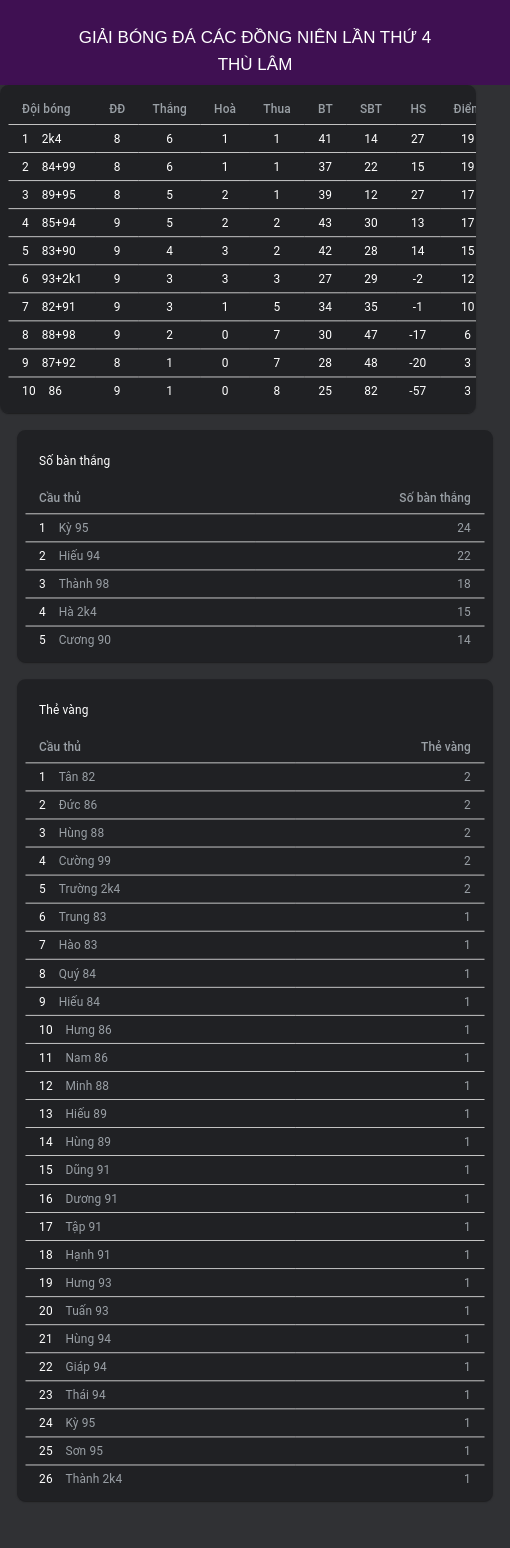
Repository: tuan842001/thulam
Page: /
The author's editor kept a copy of each file at every save. The page is drawn from the files as they stood at one save, then again after the next save.
The browser window is 375 px wide. The page is 600 px wide, so the pictures cover 600 px, including what lies to the right of the window. The pictures show the whole page, at 85% of full size.
The project was rebuilt for these pictures with package versions that can differ from the ones it lists, and the page was loaded fresh each time.

Above is the page before, as saved 2022-01-11 16:09:59.

After the next save:
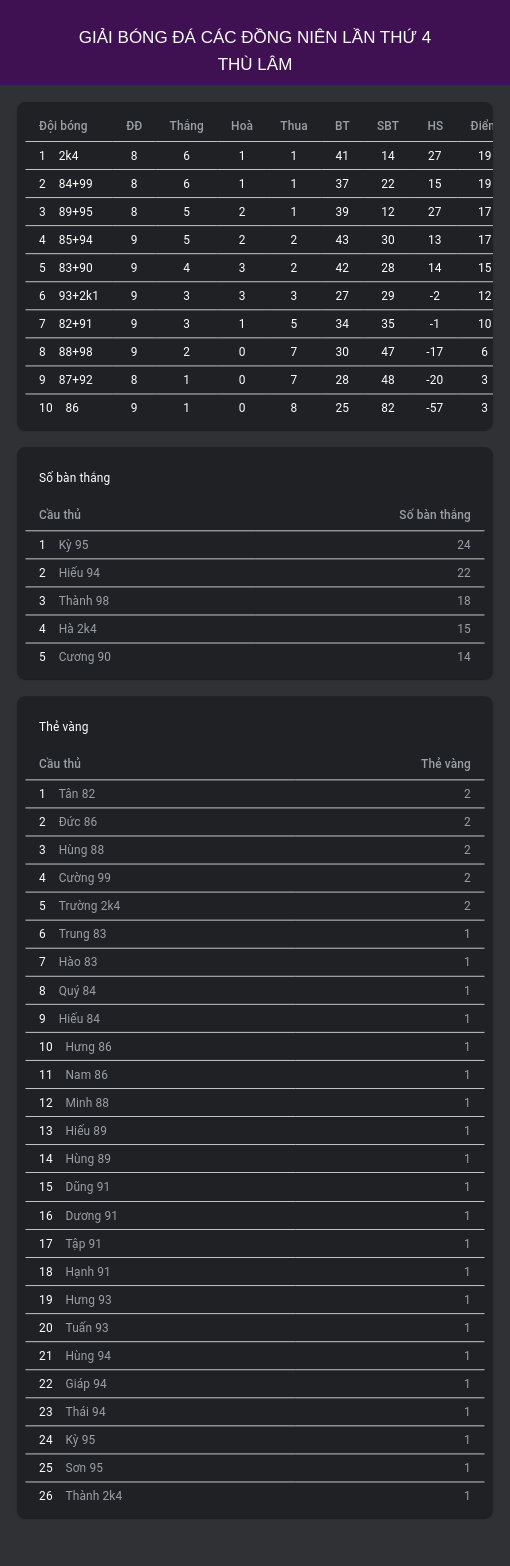
Saved 10 s later.
--- a/src/App.css
+++ b/src/App.css
@@ -21,5 +21,6 @@ body {
 
   .TableContainer {
     width: 560px !important;
+    margin: 20px !important;
   }
 }
